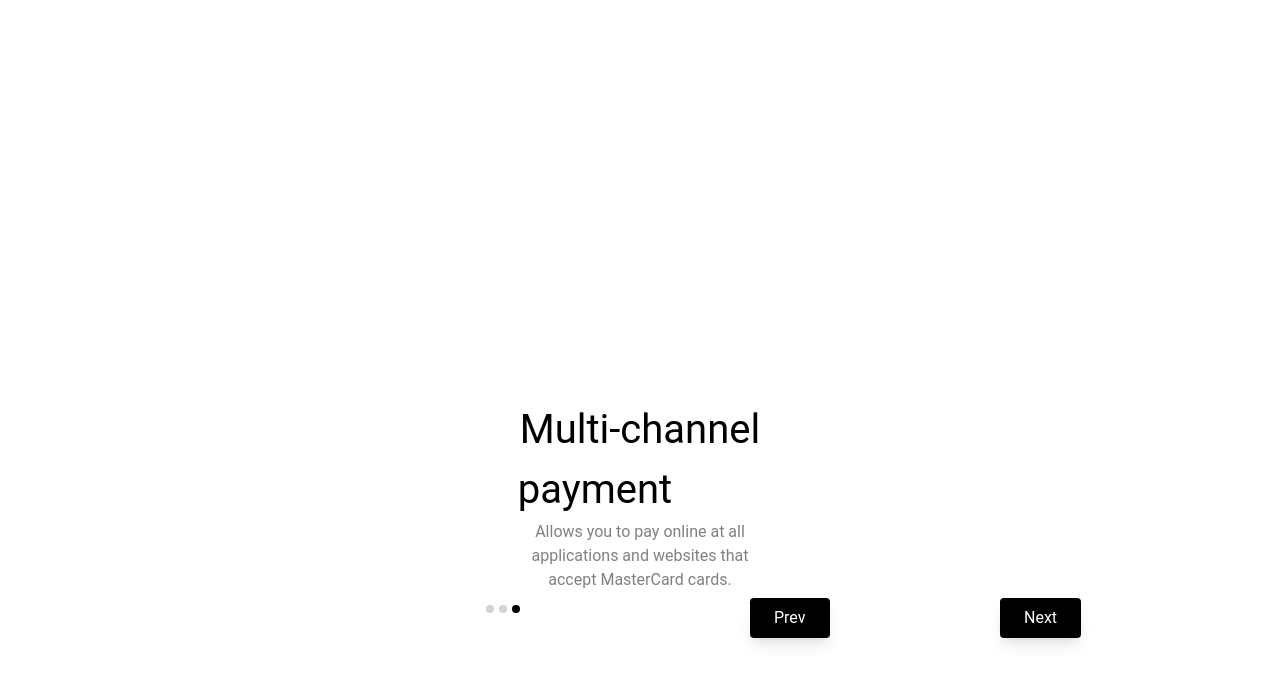
Repository: uh-sman/LottieApp
Page: /Card
These files come from the project's save history. The page is drawn as it stood at one moment and after the next save; the edit follows.
The browser window is 1280 px wide. The pictures show the whole page.
The project was rebuilt for these pictures with package versions that can differ from the ones it lists, and the page was loaded fresh each time. Also part of the build but not shown: src/App.css, src/components/Piggybank.js, src/components/Hero.js, src/components/Maincontainer.js, src/components/Success.js.

Above is the page before, as saved 2022-09-11 18:50:32.

After the next save:
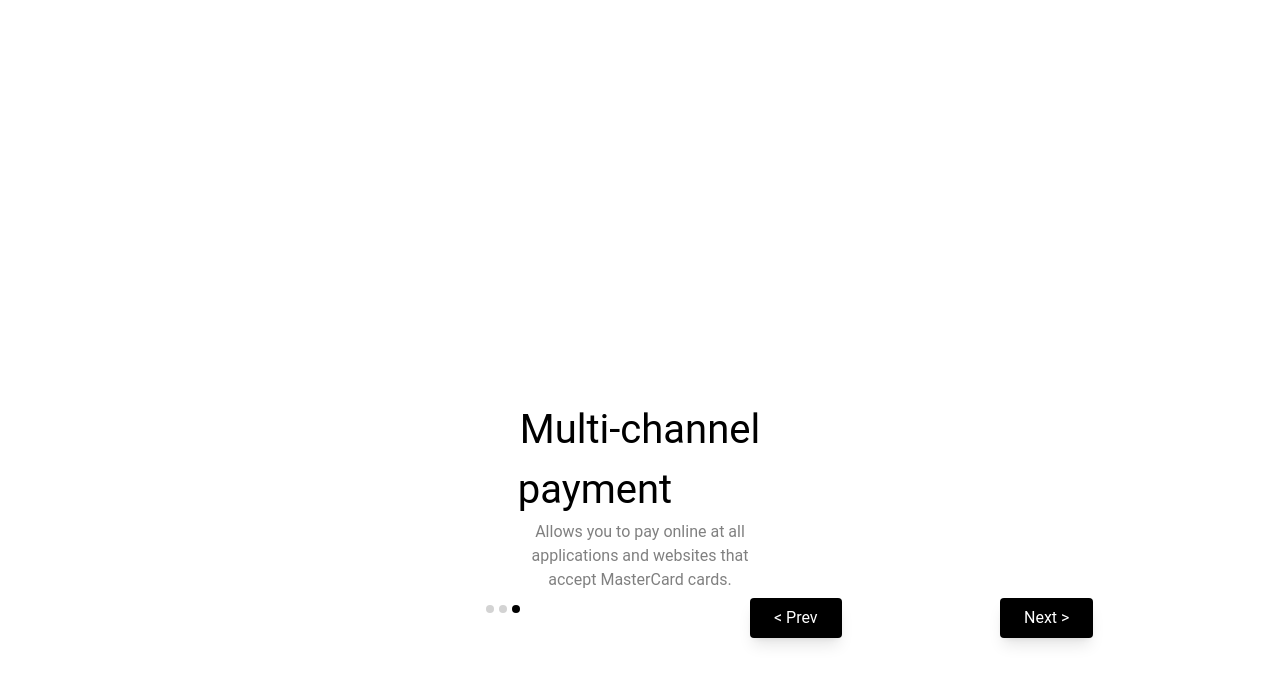
Saved 52 s later.
--- a/src/components/Card.js
+++ b/src/components/Card.js
@@ -53,13 +53,13 @@ export const Card = () => {
           className="absolute left-[1000px]  bg-black text-white py-2 px-6 rounded shadow-lg top-[83%]"
           to="/Success"
         >
-          Next
+          {"Next >"}
         </Link>
         <Link
           className="absolute left-[750px]  bg-black text-white py-2 px-6 rounded shadow-lg top-[83%]"
           to="/Piggybank"
         >
-          Prev
+          {"< Prev"}
         </Link>
       </div>
     </div>
